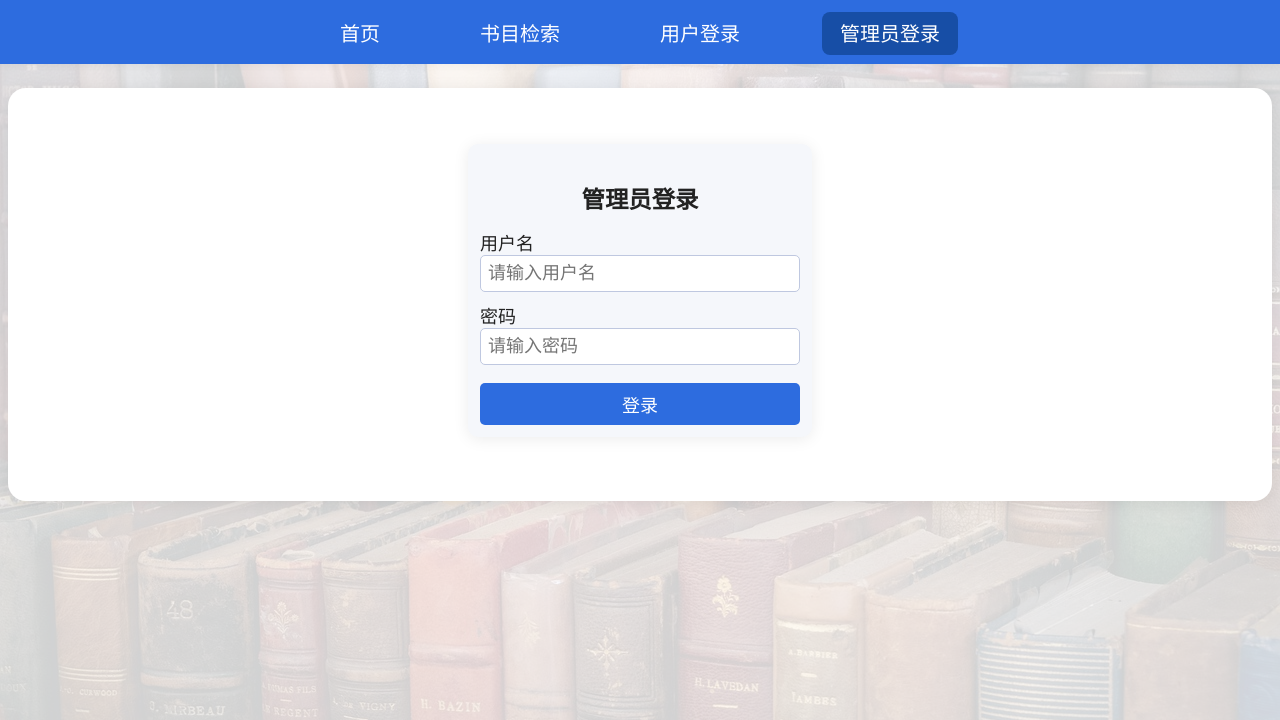
Repository: MercuryRandom/Library-Resource-Management-System
Page: /admin-login (app in frontend/)
An editor plug-in stored every save of this project. The page is shown before and after the next save, followed by the edit.
The browser window is 1280 px wide. The pictures show the whole page.
The project was rebuilt for these pictures with package versions that can differ from the ones it lists, and the page was loaded fresh each time. Also part of the build but not shown: frontend/vite.config.js, frontend/src/pages/HomePage.jsx, frontend/src/pages/SearchPage.jsx, frontend/src/pages/LoginPage.jsx, frontend/src/pages/RegisterPage.jsx, frontend/src/pages/admin/ReaderManagementPage.jsx, frontend/src/pages/admin/BookManagementPage.jsx, frontend/src/pages/admin/BorrowManagementPage.jsx.

Above is the page before, as saved 2025-06-27 10:30:46.

### frontend/index.html
<!DOCTYPE html>
<html lang="zh-CN">

<head>
  <meta charset="UTF-8" />
  <link rel="icon" type="image/svg+xml" href="/vite.svg" />
  <meta name="viewport" content="width=device-width, initial-scale=1.0" />
  <title>图书管理系统</title>
</head>

<body>
  <div id="root"></div>
  <script type="module" src="/src/main.jsx"></script>
</body>

</html>

### frontend/src/App.jsx
import { BrowserRouter as Router, Routes, Route, useNavigate } from 'react-router-dom';
import MainLayout from './layout/MainLayout';
import HomePage from './pages/HomePage';
import SearchPage from './pages/SearchPage';
import LoginPage from './pages/LoginPage';
import RegisterPage from './pages/RegisterPage';
import UserLibraryPage from './pages/UserLibraryPage';
import AdminLoginPage from './pages/AdminLoginPage';
import AdminPage from './pages/AdminPage';
import ReaderManagementPage from './pages/admin/ReaderManagementPage';
import BookManagementPage from './pages/admin/BookManagementPage';
import BorrowManagementPage from './pages/admin/BorrowManagementPage';
import './App.css';

function App() {
  return (
    <Router>
      <Routes>
        <Route path="/" element={<MainLayout />}>
          <Route index element={<HomePage />} />
          <Route path="search" element={<SearchPage />} />
          <Route path="login" element={<LoginPage />} />
          <Route path="register" element={<RegisterPage />} />
          <Route path="library" element={<UserLibraryPage />} />
          <Route path="admin-login" element={<AdminLoginPage />} />
          <Route path="admin" element={<AdminPage />}>
            <Route path="readers" element={<ReaderManagementPage />} />
            <Route path="books" element={<BookManagementPage />} />
            <Route path="borrowing" element={<BorrowManagementPage />} />
          </Route>
        </Route>
      </Routes>
    </Router>
  );
}

export default App;

### frontend/src/layout/MainLayout.jsx
import React from 'react';
import { Outlet, NavLink } from 'react-router-dom';

const MainLayout = () => {
  return (
    <div>
      <nav>
        <ul>
          <li>
            <NavLink to="/" end className={({ isActive }) => isActive ? 'active' : ''}>首页</NavLink>
          </li>
          <li>
            <NavLink to="/search" className={({ isActive }) => isActive ? 'active' : ''}>书目检索</NavLink>
          </li>
          <li>
            <NavLink to="/login" className={({ isActive }) => isActive ? 'active' : ''}>用户登录</NavLink>
          </li>
          <li>
            <NavLink to="/admin-login" className={({ isActive }) => isActive ? 'active' : ''}>管理员登录</NavLink>
          </li>
        </ul>
      </nav>
      <hr style={{ border: 'none', margin: 0 }} />
      <main>
        <Outlet />
      </main>
    </div>
  );
};

export default MainLayout;

### frontend/src/pages/UserLibraryPage.jsx
import React, { useState } from 'react';

const features = [
  { key: 'history', title: '借阅历史查询', desc: '查看我的借阅记录和归还情况', icon: '📖' },
  { key: 'borrow', title: '图书借阅', desc: '在线借阅图书，方便快捷', icon: '📚' },
  { key: 'return', title: '图书归还', desc: '归还已借阅的图书', icon: '🔄' },
  { key: 'reserve', title: '预约借书', desc: '提前预约心仪的图书', icon: '📝' },
];

const featureContent = {
  history: <div style={{ fontSize: 24, marginTop: 24 }}>这里显示借阅历史（示例内容）。</div>,
  borrow: <div style={{ fontSize: 24, marginTop: 24 }}>这里是图书借阅功能（示例内容）。</div>,
  return: <div style={{ fontSize: 24, marginTop: 24 }}>这里是图书归还功能（示例内容）。</div>,
  reserve: <div style={{ fontSize: 24, marginTop: 24 }}>这里是预约借书功能（示例内容）。</div>,
};

const UserLibraryPage = () => {
  const [selected, setSelected] = useState('history');
  return (
    <div>
      <h2 style={{ fontSize: 44, marginBottom: 36, textAlign: 'center' }}>我的图书馆</h2>
      <div style={{ display: 'flex', justifyContent: 'space-between', gap: 40, marginBottom: 40 }}>
        {features.map(f => (
          <FeatureCard key={f.key} {...f} selected={selected === f.key} onClick={() => setSelected(f.key)} />
        ))}
      </div>
      <div>{featureContent[selected]}</div>
    </div>
  );
};

const FeatureCard = ({ title, desc, icon, selected, onClick }) => (
  <div
    className="card-hover"
    style={{
      flex: 1,
      background: selected ? '#e3eafc' : '#f5f7fb',
      borderRadius: 18,
      boxShadow: '0 2px 12px rgba(0,0,0,0.04)',
      padding: '48px 18px',
      textAlign: 'center',
      minWidth: 180,
      cursor: 'pointer',
      fontSize: 28,
      border: selected ? '2.5px solid #2d6cdf' : '2.5px solid transparent',
      fontWeight: 600,
      transition: 'all 0.2s',
    }}
    onClick={onClick}
  >
    <div style={{ fontSize: 60, marginBottom: 22 }}>{icon}</div>
    <div style={{ fontSize: 30, fontWeight: 700, marginBottom: 16 }}>{title}</div>
    <div style={{ color: '#666', fontSize: 22 }}>{desc}</div>
  </div>
);

export default UserLibraryPage;

### frontend/src/pages/AdminLoginPage.jsx
import React, { useState } from 'react';
import { useNavigate } from 'react-router-dom';

const AdminLoginPage = () => {
  const [username, setUsername] = useState('');
  const [password, setPassword] = useState('');
  const [error, setError] = useState('');
  const navigate = useNavigate();

  const handleLogin = async (e) => {
    e.preventDefault();
    setError('');
    const res = await fetch('http://localhost:4001/api/admin/login', {
      method: 'POST',
      headers: { 'Content-Type': 'application/json' },
      body: JSON.stringify({ username, password })
    });
    const data = await res.json();
    if (data.success) {
      navigate('/admin');
    } else {
      setError(data.message || '用户名或密码错误');
    }
  };

  return (
    <div className="form-card">
      <h2>管理员登录</h2>
      <form onSubmit={handleLogin}>
        <label htmlFor="username">用户名</label>
        <input
          type="text"
          id="username"
          value={username}
          onChange={(e) => setUsername(e.target.value)}
          placeholder="请输入用户名"
        />
        <label htmlFor="password">密码</label>
        <input
          type="password"
          id="password"
          value={password}
          onChange={(e) => setPassword(e.target.value)}
          placeholder="请输入密码"
        />
        {error && <div style={{ color: 'red', marginBottom: 12 }}>{error}</div>}
        <button type="submit">登录</button>
      </form>
    </div>
  );
};

export default AdminLoginPage;

### frontend/src/pages/AdminPage.jsx
import React, { useState } from 'react';
import { useNavigate, Outlet } from 'react-router-dom';

const adminFeatures = [
  { key: 'readers', path: 'readers', title: '读者管理', desc: '添加、修改、删除读者信息', icon: '👤' },
  { key: 'books', path: 'books', title: '图书管理', desc: '添加、修改、删除书目信息', icon: '📚' },
  { key: 'borrowing', path: 'borrowing', title: '借还管理', desc: '借书和还书操作', icon: '🔄' },
];

const featureContent = {
  readers: <div style={{ fontSize: 24, marginTop: 24 }}>这里是读者管理功能（示例内容）。</div>,
  books: <div style={{ fontSize: 24, marginTop: 24 }}>这里是图书管理功能（示例内容）。</div>,
  borrowing: <div style={{ fontSize: 24, marginTop: 24 }}>这里是借还管理功能（示例内容）。</div>,
};

const AdminPage = () => {
  const [selected, setSelected] = useState('readers');
  const navigate = useNavigate();
  return (
    <div>
      <h2 style={{ fontSize: 44, marginBottom: 36, textAlign: 'center' }}>管理员功能</h2>
      <div style={{ display: 'flex', justifyContent: 'space-between', gap: 40, marginBottom: 40 }}>
        {adminFeatures.map(f => (
          <div
            key={f.key}
            className="card-hover"
            style={{ flex: 1, background: selected === f.key ? '#e3eafc' : '#f5f7fb', borderRadius: 18, boxShadow: '0 2px 12px rgba(0,0,0,0.04)', padding: '48px 18px', textAlign: 'center', minWidth: 180, cursor: 'pointer', fontSize: 28, border: selected === f.key ? '2.5px solid #2d6cdf' : '2.5px solid transparent', fontWeight: 600, transition: 'all 0.2s' }}
            onClick={() => { setSelected(f.key); navigate(f.path); }}
          >
            <div style={{ fontSize: 60, marginBottom: 22 }}>{f.icon}</div>
            <div style={{ fontSize: 30, fontWeight: 700, marginBottom: 16 }}>{f.title}</div>
            <div style={{ color: '#666', fontSize: 22 }}>{f.desc}</div>
          </div>
        ))}
      </div>
      <div>{featureContent[selected]}</div>
      <div style={{ marginTop: 40 }}>
        <Outlet />
      </div>
    </div>
  );
};

export default AdminPage;

### frontend/src/App.css
body {
  margin: 0;
  padding: 0;
  font-family: 'Segoe UI', 'Arial', sans-serif;
  background: url('/image.png') no-repeat center center fixed;
  background-size: cover;
  color: #222;
  font-size: 18px;
  position: relative;
}

body::before {
  content: '';
  position: fixed;
  left: 0;
  top: 0;
  right: 0;
  bottom: 0;
  background: rgba(255, 255, 255, 0.82);
  /* 可调整透明度和颜色 */
  z-index: 0;
  pointer-events: none;
}

#root {
  min-height: 100vh;
  display: flex;
  flex-direction: column;
  position: relative;
  z-index: 1;
}

nav {
  background: #2d6cdf;
  padding: 0 0;
  box-shadow: 0 2px 8px rgba(0, 0, 0, 0.04);
}

nav ul {
  display: flex;
  justify-content: center;
  align-items: center;
  margin: 0;
  padding: 0;
  list-style: none;
  height: 64px;
}

nav ul li {
  margin: 0 32px;
}

nav ul li a {
  color: #fff;
  text-decoration: none;
  font-size: 20px;
  font-weight: 500;
  padding: 8px 18px;
  border-radius: 8px;
  transition: background 0.2s;
}

nav ul li a:hover,
nav ul li a.active {
  background: #174ea6;
}

main {
  flex: 1;
  max-width: 1200px;
  margin: 24px auto 0 auto;
  background: #fff;
  border-radius: 18px;
  box-shadow: 0 2px 16px rgba(0, 0, 0, 0.08);
  padding: 32px 32px 40px 32px;
  font-size: 1em;
  position: relative;
  z-index: 2;
}

/* 登录/注册卡片样式 */
.form-card {
  max-width: 320px;
  margin: 24px auto;
  padding: 18px 12px 12px 12px;
  background: #f5f7fb;
  border-radius: 10px;
  box-shadow: 0 2px 16px rgba(0, 0, 0, 0.08);
}

.form-card h2 {
  text-align: center;
  margin-bottom: 14px;
  font-size: 1.3em;
}

.form-card label {
  font-size: 1em;
  margin-bottom: 8px;
}

.form-card input,
.form-card select {
  width: 100%;
  padding: 7px;
  font-size: 1em;
  border: 1px solid #bfc8e0;
  border-radius: 5px;
  margin-bottom: 10px;
  background: #fff;
  box-sizing: border-box;
}

.form-card button {
  width: 100%;
  padding: 8px;
  font-size: 1em;
  background: #2d6cdf;
  color: #fff;
  border: none;
  border-radius: 5px;
  margin-top: 8px;
  cursor: pointer;
  transition: background 0.2s;
}

.form-card button:hover {
  background: #174ea6;
}

.form-card .form-link {
  display: block;
  text-align: right;
  margin-top: 12px;
  color: #2d6cdf;
  text-decoration: underline;
  cursor: pointer;
  font-size: 1em;
}

@media (max-width: 900px) {
  main {
    max-width: 98vw;
    padding: 8px 2vw;
  }

  nav ul li {
    margin: 0 8px;
  }

  nav ul li a {
    font-size: 16px;
    padding: 6px 8px;
  }

  .form-card {
    padding: 8px 2px 8px 2px;
  }
}

.logo {
  height: 6em;
  padding: 1.5em;
  will-change: filter;
  transition: filter 300ms;
}

.logo:hover {
  filter: drop-shadow(0 0 2em #646cffaa);
}

.logo.react:hover {
  filter: drop-shadow(0 0 2em #61dafbaa);
}

@keyframes logo-spin {
  from {
    transform: rotate(0deg);
  }

  to {
    transform: rotate(360deg);
  }
}

@media (prefers-reduced-motion: no-preference) {
  a:nth-of-type(2) .logo {
    animation: logo-spin infinite 20s linear;
  }
}

.card {
  padding: 2em;
}

.read-the-docs {
  color: #888;
}

.card-hover {
  transition: box-shadow 0.25s, transform 0.25s;
  box-shadow: 0 2px 12px rgba(0, 0, 0, 0.04);
  font-size: 0.95em;
  padding: 14px 6px;
  border-radius: 10px;
  min-width: 160px;
  max-width: 220px;
  margin: 0 8px;
}

.card-hover:hover {
  box-shadow: 0 8px 32px rgba(45, 108, 223, 0.18);
  transform: translateY(-10px) scale(1.03);
  z-index: 2;
}

Loaded but not shown: frontend/src/main.jsx (common file)

After the next save:
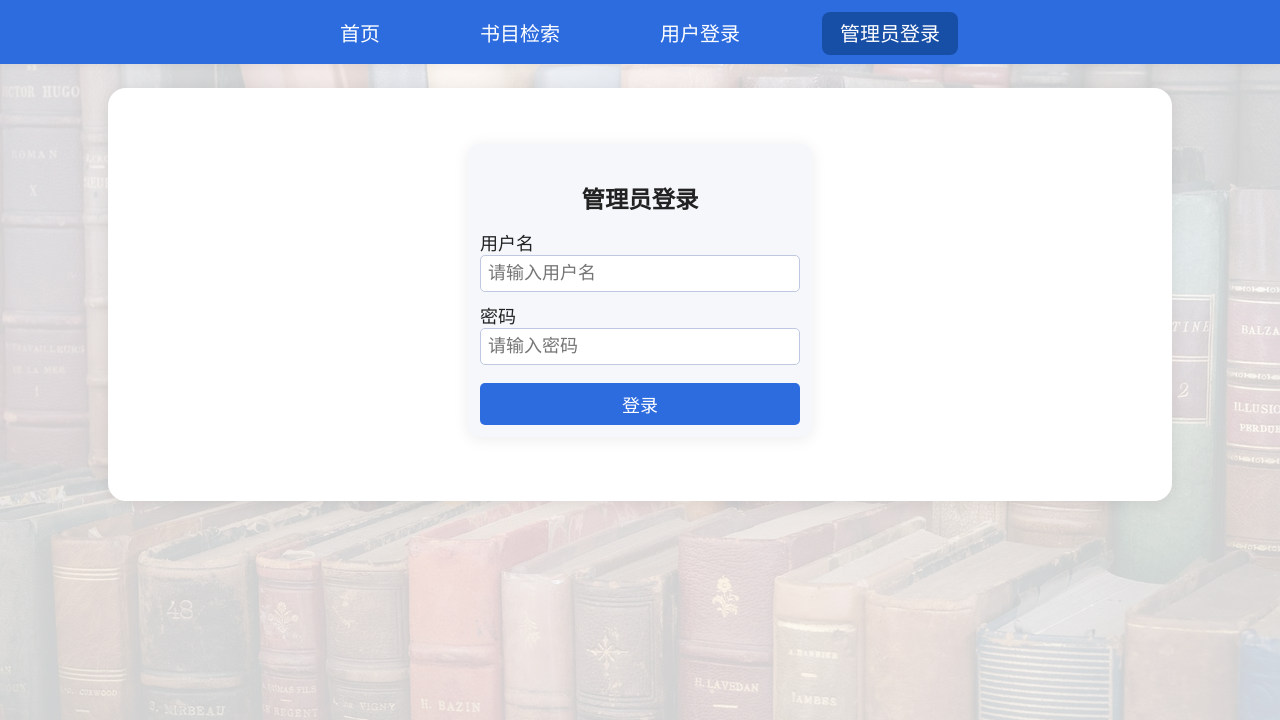
Saved 7 s later.
--- a/frontend/src/App.css
+++ b/frontend/src/App.css
@@ -67,7 +67,7 @@ nav ul li a.active {
 
 main {
   flex: 1;
-  max-width: 1200px;
+  max-width: 1000px;
   margin: 24px auto 0 auto;
   background: #fff;
   border-radius: 18px;
